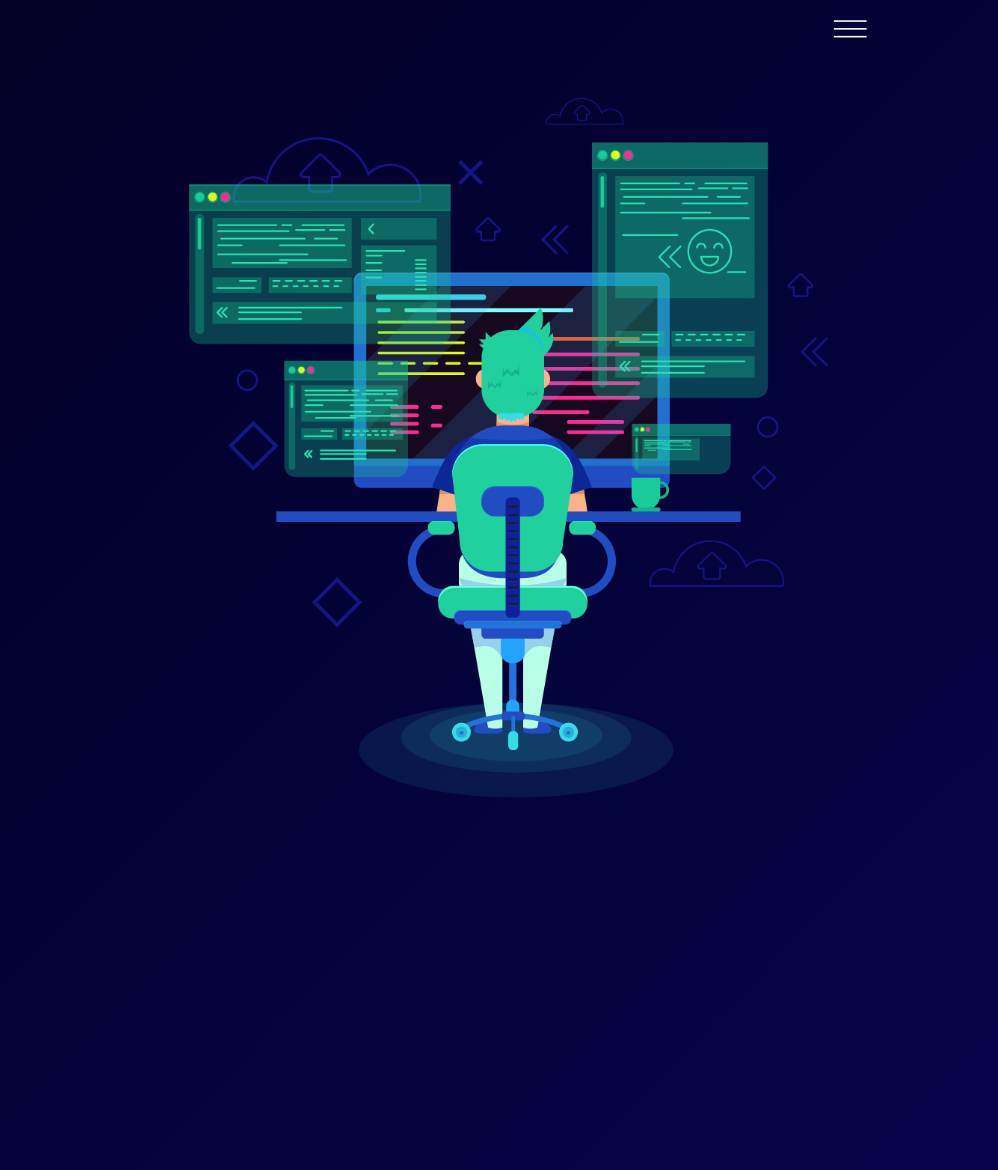
Repository: JuanPabloDS/portifolio
Page: http://localhost/
The author's editor kept a copy of each file at every save. The page is drawn from the files as they stood at one save, then again after the next save.
The browser window is 1280 px wide. The pictures show the whole page, at 78% of full size.
The page is served by the project's application, run on Django 4.2 (manage.py). Other server files are loaded and not shown.

Above is the page before, as saved 2023-02-24 16:58:02.

### core/templates/index.html
{% extends 'base.html' %}

{% block content %}

{% include 'perfil.html' %}

{% include 'footer.html' %}

{% endblock %}

### core/templates/base.html
{% load static %}
<!DOCTYPE html>
<html lang="pt-br">

    <head>
        <!-- Required meta tags -->
        <meta charset="UTF-8">
        <meta http-equiv="X-UA-Compatible" content="IE=edge">
        <meta name="viewport" content="width=device-width, initial-scale=1.0">
        <title>Portifólio</title>

        <!-- Bootstrap CSS -->
        <link rel="stylesheet" href="{% static 'css/bootstrap.min.css' %}">
        <link rel="stylesheet" href="{% static 'css/style.css' %}">


    </head>

    <body>
        <div class="pos-f-t">
            <nav class="navbar navbar-light menu">
              <button class="navbar-toggler" type="button" data-toggle="collapse" data-target="#navbarToggleExternalContent" aria-controls="navbarToggleExternalContent" aria-expanded="false" aria-label="Toggle navigation">
                <div class="burger"><i></i><i></i><i></i></div>
              </button>
            </nav>
            <div class="collapse" id="navbarToggleExternalContent">
              <div class="bg-dark p-4">
                <div class="menu-itens">
                  <h1>HOME</h1>
                </div>
                <div class="menu-itens">
                  <h1>HOME</h1>
                </div>
                <div class="menu-itens">
                  <h1>HOME</h1>
                </div>
                <div class="menu-itens">
                  <h1>HOME</h1>
                </div>
              </div>
            </div>
          </div>
{% block content %}
{% endblock %}

### core/templates/perfil.html
{% load static %}
<div class="perfil">
    <img src="{% static '/img/site/site.png' %}" alt="">
</div>

### core/templates/footer.html
{% load static %}
<!-- jQuery first, then Tether, then Bootstrap JS. -->
<script src="{% static 'js/jquery.js' %}"></script>
<script src="{% static 'js/bootstrap.js' %}" ></script>
<script src="{% static 'js/bootstrap.min.js' %}" ></script>
<script src="{% static 'js/bootstrap.bundle.js' %}" ></script>
<script src="{% static 'js/bootstrap.bundle.min.js' %}" ></script>
</body>
</html>

### core/views.py
from django.views.generic import TemplateView

class IndexView(TemplateView):
    template_name: str = 'index.html'

### portifolio/urls.py
"""portifolio URL Configuration

The `urlpatterns` list routes URLs to views. For more information please see:
    https://docs.djangoproject.com/en/4.1/topics/http/urls/
Examples:
Function views
    1. Add an import:  from my_app import views
    2. Add a URL to urlpatterns:  path('', views.home, name='home')
Class-based views
    1. Add an import:  from other_app.views import Home
    2. Add a URL to urlpatterns:  path('', Home.as_view(), name='home')
Including another URLconf
    1. Import the include() function: from django.urls import include, path
    2. Add a URL to urlpatterns:  path('blog/', include('blog.urls'))
"""
from django.contrib import admin
from django.urls import path, include

from django.conf.urls.static import static
from django.conf import settings

urlpatterns = [
    path('admin/', admin.site.urls),
    path('', include('core.urls')),
] + static(settings.MEDIA_URL, document_root=settings.MEDIA_ROOT)

### core/urls.py
from django.urls import path
from .views import IndexView

urlpatterns = [
    path('', IndexView.as_view(), name='index')
]

### core/static/css/style.css
/*! Menu inicial */

body{
    width: 80%;
    margin: auto;
    height: 1500px;
    background: linear-gradient(
  135deg,
  rgba(2, 0, 36, 1) 0%,
  #06054b 100%,
  #cf6da6 100%

);

}

@media screen and (max-width: 600px) {
    body{
        width: 100%;
        margin: auto;
    }

}

.burger {
    z-index: 9998;
    cursor: pointer;
    padding: 5px 4px;
    background-color: transparent;
}

.burger i {
    display: block;
    width: 42px;
    height: 2px;
    margin: 8px;
    background-color: white;
}

.burger:active,
.burger:focus {
 outline-color:0;
 outline-style:none;
 outline-width:0
}
.burger i {
 display:block;
 width:42px;
 height:2px;
 margin:8px;
 background-color:white
}


.menu{
    height: 20%;

    color: white;
}

.menu button{
    position: relative;
    right: inherit;
    float: right;
    margin-left: auto;
    color: white;
}

.menu span {
    color: white;
}



.menu-itens {
    height: 80px;
    background-color: blue;
    text-align: center;
    padding-top: 13px;
    margin-bottom: 10px;
    font-size: 50%;
}

@media screen and (max-width: 600px){
    .menu button{
        position: relative;
        padding-top: 0;
        right: inherit;
        padding-right: 0;
        padding-left: 5px;
        padding-bottom: 0;
        width: 60px;
        height: 50px;
    }

    .menu-itens {
        height: 30px;
        background-color: blue;
    }

    .menu-itens h1 {
        font-size: 150%;
        line-height: 0.2;
    }

    .burger i {
        width:25px;
        height:2px;
       }
}


.perfil img {
    width: 1000px;
    height: 1000px;
    float: right;
}

/*! Fim Menu inicial */

/*! Perfil */

Loaded but not shown: core/static/css/bootstrap.min.css (library); core/static/js/jquery.js (library); core/static/js/bootstrap.js (library); core/static/js/bootstrap.min.js (library); core/static/js/bootstrap.bundle.js (library); core/static/js/bootstrap.bundle.min.js (library)

After the next save:
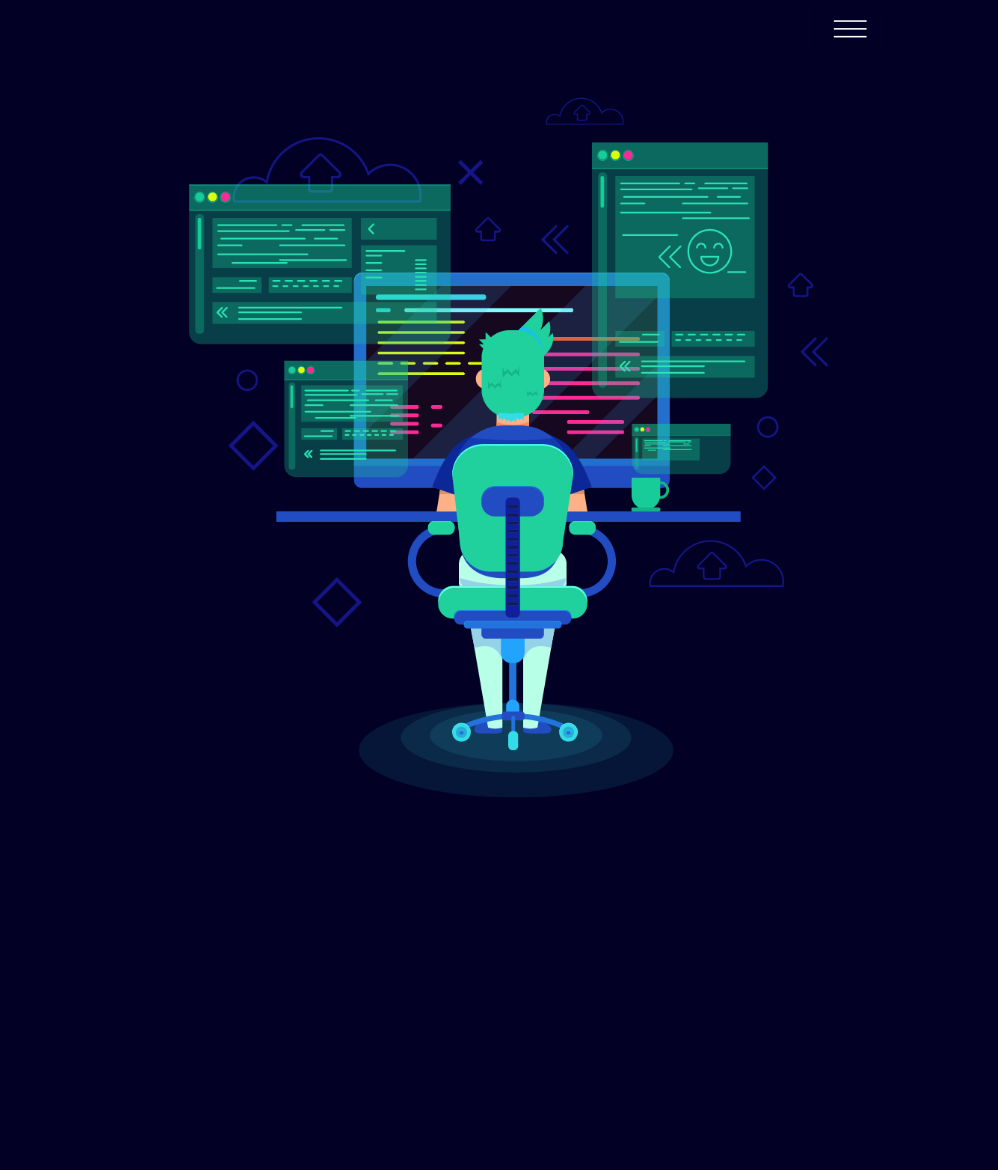
Saved 11 s later.
--- a/core/static/css/style.css
+++ b/core/static/css/style.css
@@ -6,7 +6,7 @@ body{
     height: 1500px;
     background: linear-gradient(
   135deg,
-  rgba(2, 0, 36, 1) 0%,
+  rgba(2, 0, 36, 1) 100%,
   #06054b 100%,
   #cf6da6 100%
 
